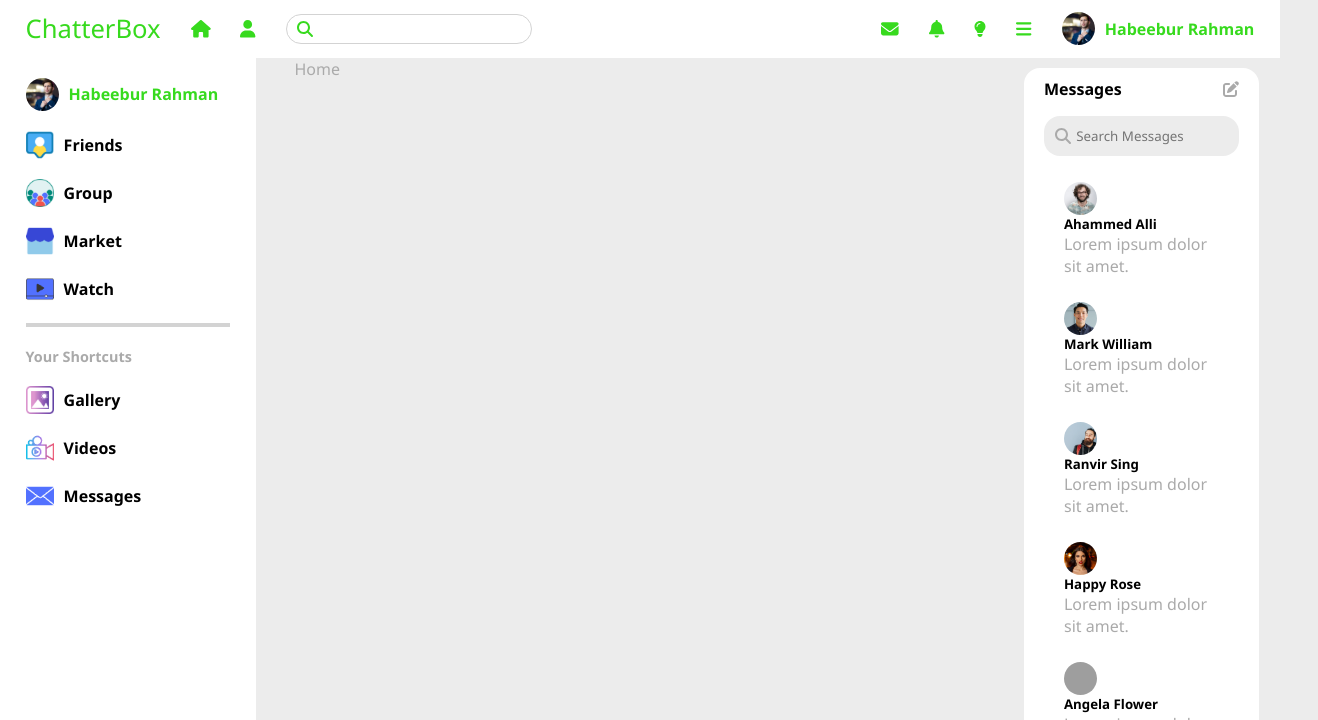
Repository: Habeebur1493/social-media-app
Page: /
These files come from the project's save history. The page is drawn as it stood at one moment and after the next save; the edit follows.
The browser window is 1280 px wide. The page is 1318 px wide, so the pictures cover 1318 px, including what lies to the right of the window. The pictures show the whole page.
Pictures or frames that could not be fetched are drawn as grey boxes. The project was rebuilt for these pictures with package versions that can differ from the ones it lists, and the page was loaded fresh each time. Also part of the build but not shown: vite.config.js, src/pages/login/login.css, src/pages/login/Login.jsx, src/pages/signup/signup.css, src/pages/signup/Signup.jsx, src/pages/profile/Profile.jsx, src/pages/chatbox/Chatbox.jsx.

Above is the page before, as saved 2025-01-29 11:56:19.

After the next save:
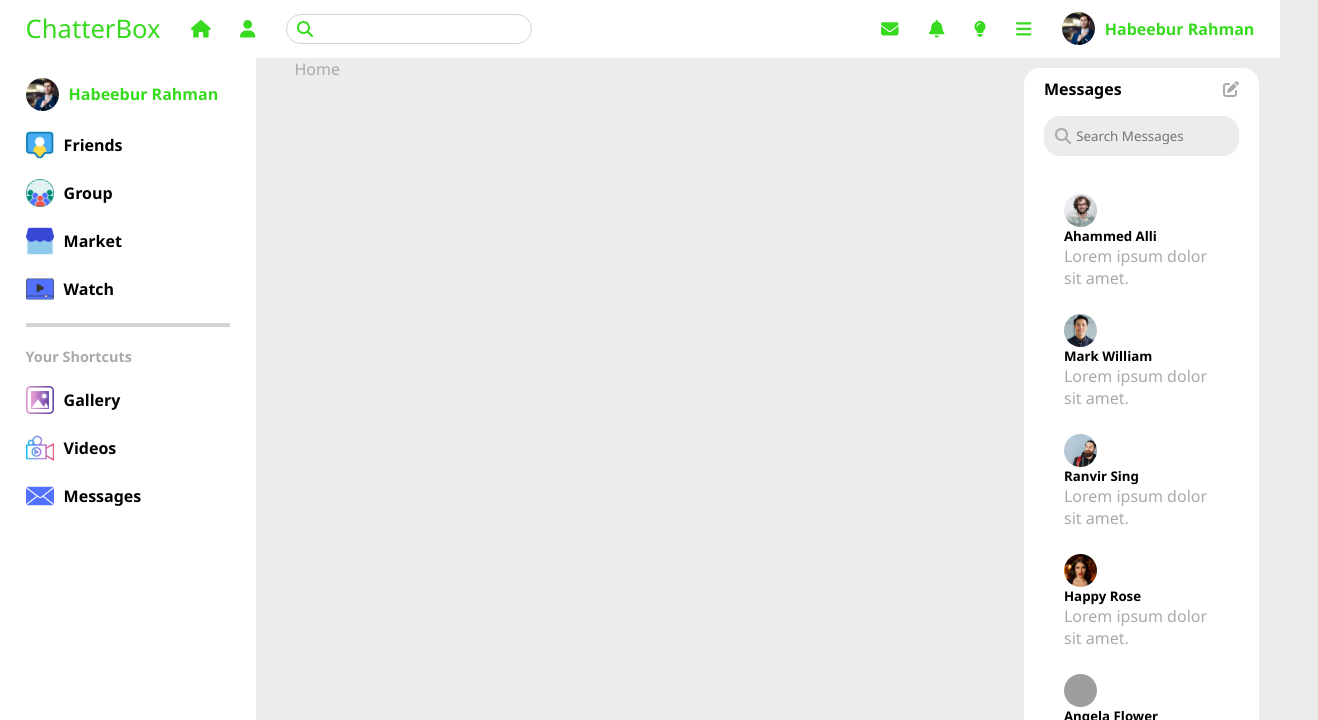
Saved 34 s later.
--- a/src/components/message/message.css
+++ b/src/components/message/message.css
@@ -26,3 +26,7 @@
     background: transparent;
     color: var(--text-color);
 }
+.border-div{
+    width: 100%;
+    height: .1rem;
+}
